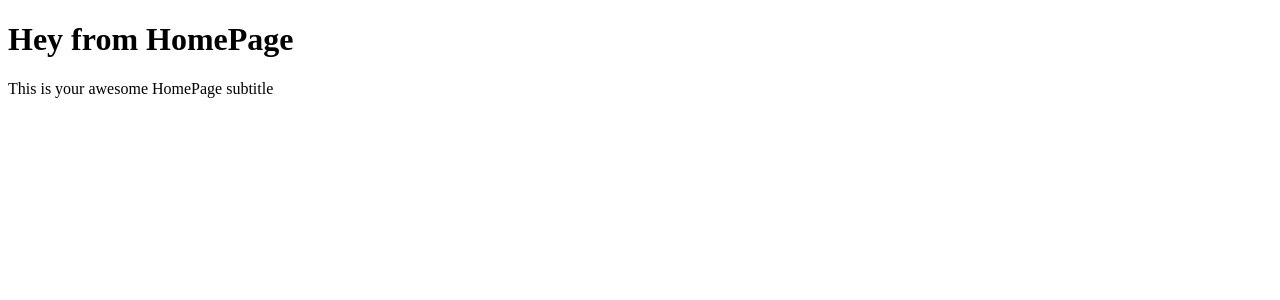
Repository: KLM94/profile
Page: /
These files come from the project's save history. The page is drawn as it stood at one moment and after the next save; the edit follows.
The browser window is 1280 px wide. The pictures show the whole page.
The project was rebuilt for these pictures with package versions that can differ from the ones it lists, and the page was loaded fresh each time. Also part of the build but not shown: src/index.css.

Above is the page before, as saved 2020-10-27 15:34:45.

### src/App.js
import React from 'react'
import Profile from './Components/Profile'

function App() {
  return (
    <div className="App">
      <Profile path="/" />
    </div>
  );
}

export default App;

### src/Components/Profile.jsx
export default function HomePage() {

return (

    <>

    <h1>Hey from HomePage</h1>

    <p>This is your awesome HomePage subtitle</p>

    </>

    );

    }

Loaded but not shown: public/index.html (common file); src/index.js (common file)

After the next save:
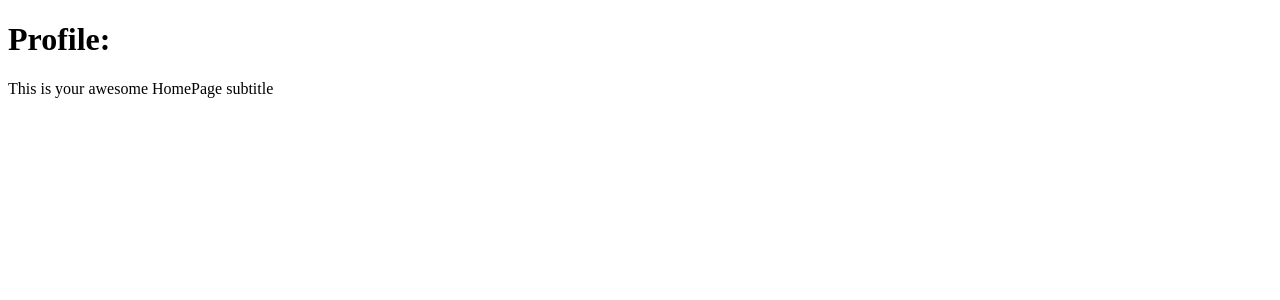
Saved 57 s later.
--- a/src/Components/Profile.jsx
+++ b/src/Components/Profile.jsx
@@ -4,7 +4,7 @@
 
     <>
 
-    <h1>Hey from HomePage</h1>
+    <h1>Profile:</h1>
 
     <p>This is your awesome HomePage subtitle</p>
 
